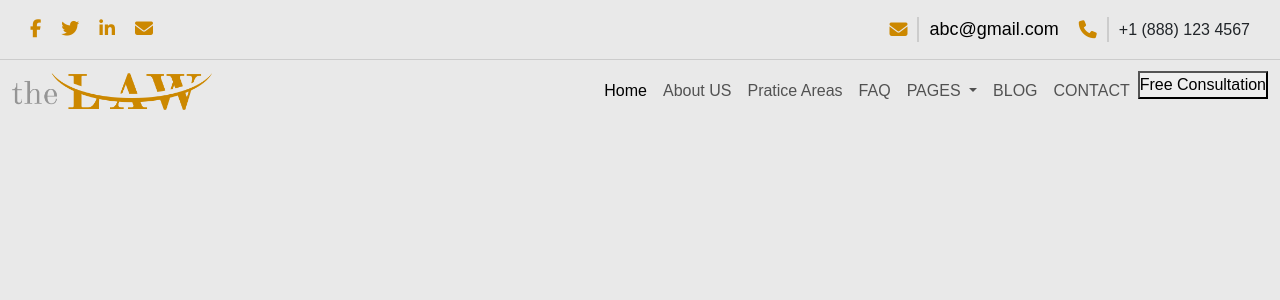
Repository: arehmanraza/lawyer_website
Page: Pages/index.html
The author's editor kept a copy of each file at every save. The page is drawn from the files as they stood at one save, then again after a run of saves.
The browser window is 1280 px wide. The pictures show the whole page.
Some web libraries are served in a nearby version.

Above is the page before, as saved 2024-05-22 01:49:24.

After the next 4 saves:
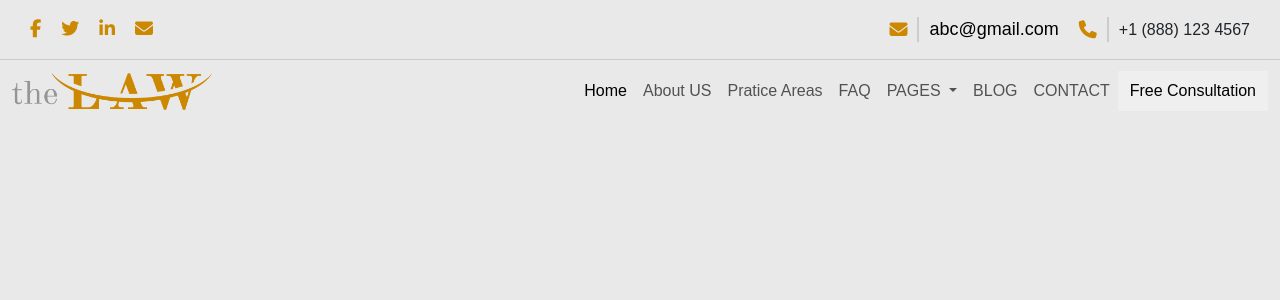
The 4 saves are shown as one change because they came seconds apart.
The last was saved 13 s later.
--- a/Styling/style.css
+++ b/Styling/style.css
@@ -69,5 +69,7 @@
     text-decoration: none
 }
 .btns1{
-    pad
+    padding: 8px 12px;
+    border: none;
+
 }
